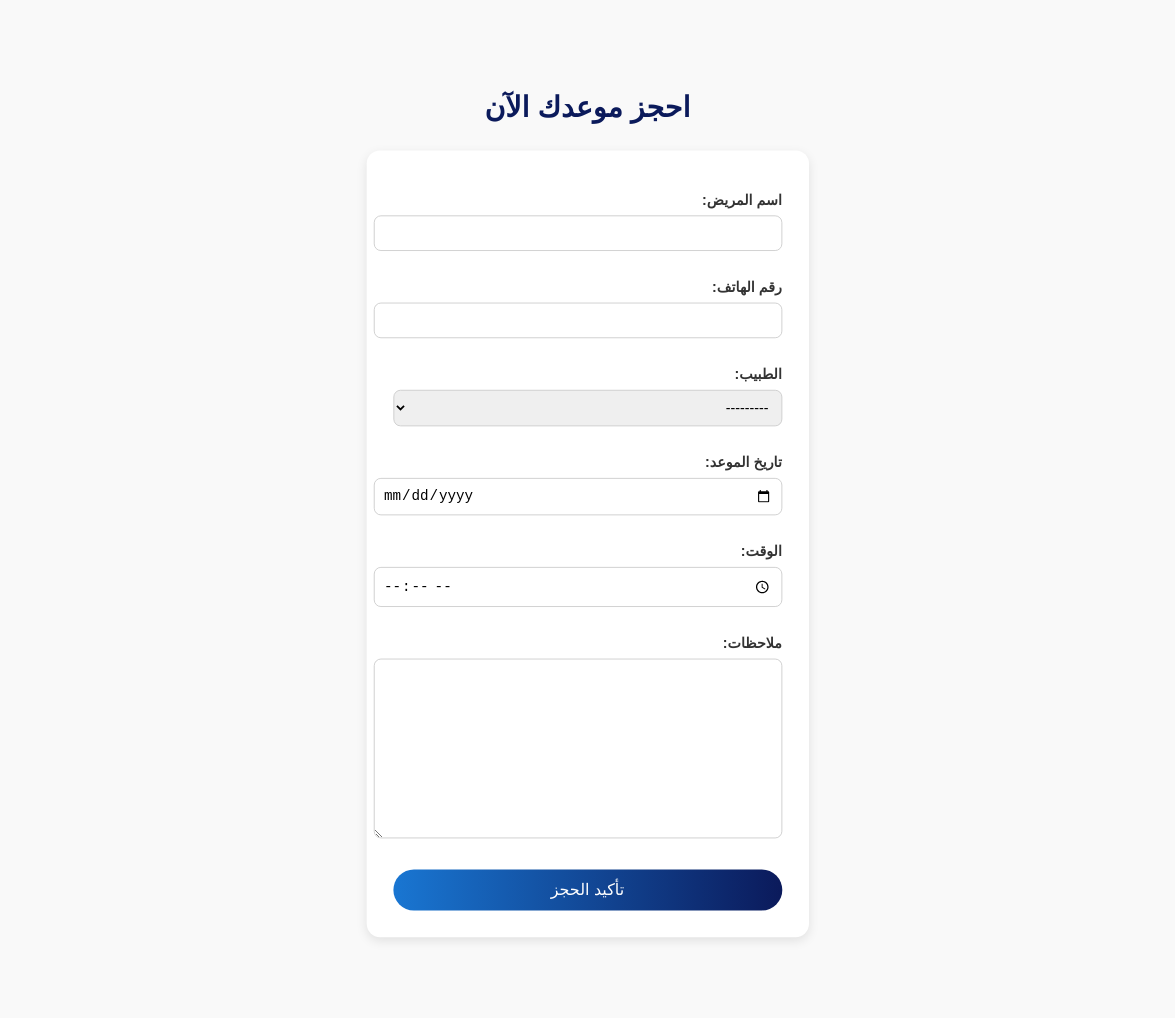
Repository: mysite4/s
Page: http://localhost/booking/?doctor=Reem
These files come from the project's save history. The page is drawn as it stood at one moment and after the next save; the edit follows.
The browser window is 1280 px wide. The page is 1320 px wide, then 1280 px, then 1320 px, so the pictures cover 1320 px, including what lies to the right of the window. The pictures show the whole page, at 89% of full size.
Some web fonts or font styles are not loaded; a fallback is used. The page is served by the project's application, run on Django 5.2 (manage.py). Other server files are loaded and not shown. The page reads the database file committed with the project.

Above is the page before, as saved 2025-10-26 15:18:07.

### main/templates/booking.html
{% load static %}
<!DOCTYPE html>
<html lang="ar" dir="rtl">
<head>
  <meta charset="UTF-8">
  <meta name="viewport" content="width=device-width, initial-scale=1.0">
  <title>احجز موعدك</title>
  <link href="https://fonts.googleapis.com/css2?family=Cairo:wght@200..1000&display=swap" rel="stylesheet">
  <link rel="stylesheet" href="{% static 'css/style.css' %}">
  <style>
    body {
      font-family: 'Cairo', sans-serif;
      background-color: #f9f9f9;
      text-align: center;
      padding: 80px 20px;
    }
    h1 {
      color: #0b1a5b;
      margin-bottom: 30px;
    }
    form {
      max-width: 500px;
      margin: 0 auto;
      background: #fff;
      padding: 30px;
      border-radius: 15px;
      box-shadow: 0 4px 12px rgba(0,0,0,0.1);
      text-align: right;
    }
    label {
      display: block;
      margin-bottom: 8px;
      font-weight: bold;
      color: #333;
    }
    input, select, textarea {
      width: 100%;
      padding: 10px;
      margin-bottom: 15px;
      border: 1px solid #ccc;
      border-radius: 8px;
      font-size: 16px;
    }
    button {
      background: linear-gradient(to right, #1976d2, #0b1a5b);
      color: white;
      padding: 12px 25px;
      border: none;
      border-radius: 30px;
      cursor: pointer;
      transition: 0.3s;
      font-size: 18px;
      width: 100%;
    }
    button:hover {
      background: linear-gradient(to right, #0b1a5b, #1976d2);
    }
  </style>
</head>
<body>

  <h1>احجز موعدك الآن</h1>
  <form method="POST">
    {% csrf_token %}
    {{ form.as_p }}
    <button type="submit">تأكيد الحجز</button>
  </form>

</body>
</html>

### main/forms.py
from django import forms
from .models import Appointment

class AppointmentForm(forms.ModelForm):
    class Meta:
        model = Appointment
        fields = ['name', 'phone', 'doctor', 'date', 'time', 'message']
        widgets = {
            'date': forms.DateInput(attrs={'type': 'date'}),
            'time': forms.TimeInput(attrs={'type': 'time'}),
        }

### main/models.py
from django.db import models

class Doctor(models.Model):
    name = models.CharField(max_length=100)
    specialty = models.CharField(max_length=100)

    def __str__(self):
        return f"{self.name} - {self.specialty}"


class Appointment(models.Model):
    name = models.CharField(max_length=100, verbose_name="اسم المريض")
    phone = models.CharField(max_length=20, verbose_name="رقم الهاتف")
    doctor = models.ForeignKey(Doctor, on_delete=models.CASCADE, verbose_name="الطبيب")
    date = models.DateField(verbose_name="تاريخ الموعد")
    time = models.TimeField(verbose_name="الوقت")
    message = models.TextField(blank=True, null=True, verbose_name="ملاحظات")

    def __str__(self):
        return f"موعد {self.name} مع {self.doctor.name} بتاريخ {self.date}"

### main/views.py
from django.shortcuts import render

def home(request):
    return render(request, 'home.html')
from django.shortcuts import render

def booking_page(request):
    return render(request, 'booking.html')
from django.shortcuts import render, redirect
from .forms import AppointmentForm

def booking_page(request):
    if request.method == 'POST':
        form = AppointmentForm(request.POST)
        if form.is_valid():
            form.save()
            return render(request, 'booking_success.html')
    else:
        form = AppointmentForm()
    return render(request, 'booking.html', {'form': form})

### mysite/urls.py
"""
URL configuration for mysite project.

The `urlpatterns` list routes URLs to views. For more information please see:
    https://docs.djangoproject.com/en/5.2/topics/http/urls/
Examples:
Function views
    1. Add an import:  from my_app import views
    2. Add a URL to urlpatterns:  path('', views.home, name='home')
Class-based views
    1. Add an import:  from other_app.views import Home
    2. Add a URL to urlpatterns:  path('', Home.as_view(), name='home')
Including another URLconf
    1. Import the include() function: from django.urls import include, path
    2. Add a URL to urlpatterns:  path('blog/', include('blog.urls'))
"""
from django.contrib import admin
from django.urls import path, include

urlpatterns = [
    path('admin/', admin.site.urls),
    path('', include('main.urls')),
]

### main/urls.py
from django.urls import path
from . import views

urlpatterns = [
    path('', views.home, name='home'),
    path('booking/', views.booking_page, name='booking_page'),
]

### main/static/css/style.css
/* إعدادات عامة */
html, body {
  margin: 0;
  padding: 0;
  width: 100%;
  min-height: 100%; /* مهم ليكون الفوتر دائمًا في الأسفل */
  font-family: 'Cairo', sans-serif;
  background-color: #f9f9f9;
  display: flex;
  flex-direction: column; /* يتيح توزيع المحتوى بين الهيدر والفوتر */
}

/* Navbar */
nav {
  width: 100%;
  background-color: #ffffff;
  box-shadow: 0 4px 8px rgba(0, 123, 255, 0.2);
  position: fixed;
  top: 0;
  z-index: 1000;
}

nav ul {
  display: flex;
  justify-content: center;
  list-style: none;
  margin: 0;
  padding: 0 30px;
}

nav ul li {
  margin: 0 15px;
}

nav ul li a {
  text-decoration: none;
  color: #007bff;
  font-weight: 600;
  padding: 15px 0;
  display: inline-block;
  transition: color 0.3s, border-bottom 0.3s;
}

nav ul li a:hover {
  color: #0056b3;
  border-bottom: 3px solid #007bff;
}

/* صورة شفافة أسفل النافبار */
.header-image {
  width: 100%;
  margin-top: 60px; /* لتجنب تغطية النافبار */
}

.header-image img {
  width: 100%;
  height: auto;
  display: block;
}

/* Header */
header {
  position: relative;
  width: 100%;
  min-height: 200px;
  overflow: hidden;
  background: linear-gradient(to left, #0b1a5b, #1976d2);
  display: flex;
  flex-direction: column;
  justify-content: center;
  align-items: center;
  padding: 20px 0 0 0;
}

.header-content {
  display: flex;
  flex-direction: row;
  justify-content: space-between;
  align-items: center;
  width: 100%;
  max-width: 1200px;
  padding: 20px 50px;
  margin-top: 5px;
}

.header-text {
  color: white;
  max-width: 50%;
  text-align: center;
  line-height: 1.4;
  padding: 40px;
}

.header-text h1 {
  font-size: 48px;
  margin: 0;
}

.header-text h3 {
  font-size: 24px;
  margin-top: 10px;
  color: rgba(255,255,255,0.8);
}

.header-icon img {
  width: 500px;
  height: auto;
  border-radius: 15px;
}

.about-section {
  max-width: 1200px;
  margin: 20px auto;
  text-align: center; /* العنوان في الوسط */
}

.about-section p {
  color: #447296;
}

.about-section h2 {
  font-size: 28px;
  margin-bottom: 30px;
  color: #0b1a5b;
}

.about-content {
  display: flex;
  justify-content: flex-start; /* النص على اليسار والصورة على اليمين */
  align-items: center;
  gap: 20px; /* مسافة مناسبة بين النص والصورة */
  flex-wrap: wrap;
}

.about-text {
  flex: 1 1 55%;
  text-align: right;
  font-size: 16px;
  line-height: 1.6;
}

.about-image {
  flex: 1 1 40%;
  text-align: center;
}

.about-image img {
  width: 100%;
  max-width: 250px;
  height: auto;
  border-radius: 10px;
  border: 5px solid #083d75;
}

/* Media Queries للشاشات الصغيرة */
@media (max-width: 768px) {
  .about-content {
    flex-direction: column;
    gap: 15px;
  }

  .about-text, .about-image {
    flex: 1 1 100%;
    text-align: center;
  }

  .about-image img {
    max-width: 200px;
  }
}

/* قسم خدماتنا */
.services-section {
  max-width: 1200px;
  margin: 100px auto 50px auto;
  text-align: center;
}

.services-section h2 {
  font-size: 32px;
  margin-bottom: 30px;
  color: #0e173f;
}

.services-container {
  display: flex;
  flex-wrap: wrap;
  justify-content: space-between;
  gap: 20px;
}

.service-item {
  flex: 1 1 22%;
  text-align: center;
  margin-bottom: 30px;
}

.service-item img {
  width: 60px;
  height: 60px;
  margin-bottom: 10px;
}

.service-item p {
  font-size: 15px;
  color: #447296;
}

.service-item h3 {
  color: #0e173f;
}

main {
  flex: 1; /* ياخذ المساحة المتبقية بين الهيدر والفوتر */
  padding: 30px 50px;
  margin-top: 20px;
}

/* Media Queries */
@media (max-width: 992px) {
  .header-content {
    flex-direction: column;
    text-align: center;
    padding: 0 20px;
  }

  .header-text {
    max-width: 100%;
    margin-bottom: 20px;
    text-align: center;
  }

  .header-icon img {
    width: 80%;
  }

  nav ul {
    justify-content: center;
  }

  .service-item {
    flex: 1 1 45%;
  }
}

@media (max-width: 600px) {
  .service-item {
    flex: 1 1 100%;
  }

  .about-section {
    flex-direction: column;
    align-items: center;
  }

  .about-text {
    text-align: center;
    padding-left: 0;
  }

  .about-image img {
    max-width: 200px;
  }
}

/* قسم الأطباء */
.doctors-section {
  padding: 60px 0;
  background: #fff;
}

.doctors-section h2 {
  color: #0b1a5b;
  margin-bottom: 10px;
  font-size: 28px;
  text-align: center;
}

.doctors-section .description {
  color: #555;
  max-width: 700px;
  margin: 0 auto 40px;
  line-height: 1.8;
  text-align: center;
}

/* شكل الطبيب */
.doctor-card {
  background: none;
  box-shadow: none;
  text-align: center;
  transition: transform 0.3s ease;
}

.doctor-card:hover {
  transform: translateY(-10px);
}

.doctor-img img {
  width: 160px;
  height: 160px;
  object-fit: cover;
  border-radius: 50%;
  margin-bottom: 10px;
  border: 3px solid #1976d2;
}

.doctor-name {
  font-weight: 600;
  color: #0b1a5b;
  font-size: 18px;
}

.doctor-info h3 {
  font-weight: 600;
  color: #0b1a5b;
  font-size: 18px;
  margin-bottom: 5px;
}

.doctor-info p {
  font-size: 14px;
  color: #447296;
  margin-bottom: 15px;
  line-height: 1.4;
}

/* زر الحجز */
.book-doctor-btn {
  display: inline-block;
  background: linear-gradient(to right, #1976d2, #0b1a5b);
  color: #fff;
  padding: 10px 25px;
  border-radius: 30px;
  text-decoration: none;
  font-size: 14px;
  font-weight: bold;
  transition: 0.3s ease;
}

.book-doctor-btn:hover {
  background: linear-gradient(to right, #0b1a5b, #1976d2);
  transform: scale(1.05);
}

/* الأسهم */
.swiper-button-next, .swiper-button-prev {
  color: #1976d2;
  background: #fff;
  border-radius: 50%;
  box-shadow: 0 3px 10px rgba(0,0,0,0.2);
  width: 40px;
  height: 40px;
}

.swiper-button-next:hover, .swiper-button-prev:hover {
  background: #1976d2;
  color: #fff;
}

.swiper-button-next::after, .swiper-button-prev::after {
  font-size: 18px;
}

.team-gallery {
  padding: 50px 20px;
  background-color: #f8f9ff;
  text-align: center;
}

.team-gallery h2 {
  font-size: 2rem;
  margin-bottom: 30px;
  color: #0b1a5b;
}

.team-gallery p {
  font-size: 15px;
  margin-bottom: 30px;
  color: #447296;
}

.gallery-item {
  position: relative;
  overflow: hidden;
  border-radius: 12px;
  cursor: pointer;
  transition: transform 0.3s ease;
}

.gallery-item img {
  width: 100%;
  height: auto;
  display: block;
  transition: transform 0.5s ease;
}

.gallery-item:hover img {
  transform: scale(1.05);
}

/* الظل يغطي كامل الصورة ويختفي بشكل افتراضي */
.overlay {
  position: absolute;
  top: 0;
  left: 0;
  width: 100%;
  height: 100%;
  background-color: rgba(173, 216, 230, 0.6); /* أزرق فاتح */
  opacity: 0;
  transition: opacity 0.3s ease;
  display: flex;
  align-items: center;
  justify-content: center;
  border-radius: 12px;
}

.overlay-text {
  color: #fff;
  font-size: 1rem;
  text-align: center;
  padding: 10px;
}

.gallery-item:hover .overlay {
  opacity: 1;
}
/* ====== Footer ====== */
footer {
  width: 100%;
  background: linear-gradient(to right, #0b1a5b, #1976d2);
  color: #fff;
  padding: 50px 0 30px 0; /* أزلت الهوامش الجانبية والأسفل */
  text-align: center;
  font-family: 'Cairo', sans-serif;
  margin: 0;
}

.footer-container {
  width: 100%;
  display: flex;
  flex-wrap: wrap;
  justify-content: space-evenly;
  align-items: flex-start;
  gap: 30px;
  margin: 0;
  padding: 0; /* أزلت الحشوات الجانبية */
}

.footer-col {
  flex: 1 1 250px;
  text-align: left;
  max-width: 300px;
}

.footer-col h3 {
  color: #fff;
  margin-bottom: 20px;
  font-size: 20px;
  border-bottom: 2px solid #fff;
  display: inline-block;
  padding-bottom: 5px;
}

.footer-col ul {
  list-style: none;
  padding: 0;
  margin: 0;
}

.footer-col ul li {
  margin: 10px 0;
}

.footer-col ul li a {
  color: rgba(255,255,255,0.9);
  text-decoration: none;
  transition: color 0.3s;
}

.footer-col ul li a:hover {
  color: #cce4ff;
}

.social-icons {
  display: flex;
  justify-content: center;
  gap: 15px;
  margin-top: 25px;
}

.social-icons a {
  color: #fff;
  font-size: 20px;
  border: 2px solid #fff;
  border-radius: 50%;
  padding: 8px;
  transition: 0.3s;
}

.social-icons a:hover {
  background-color: #fff;
  color: #0b1a5b;
  transform: scale(1.1);
}

.bottom-text {
  margin-top: 30px;
  font-size: 14px;
  color: rgba(255,255,255,0.7);
  width: 100%;
  background: rgba(0,0,0,0.1);
  padding: 10px 0;
}

/* استجابة للشاشات الصغيرة */
@media (max-width: 768px) {
  .footer-container {
    flex-direction: column;
    text-align: center;
  }

  .footer-col {
    text-align: center;
  }
}

### db.sqlite3 (the tables this page reads, as SQL)
CREATE TABLE "main_doctor" ("id" integer NOT NULL PRIMARY KEY AUTOINCREMENT, "name" varchar(100) NOT NULL, "specialty" varchar(100) NOT NULL);
INSERT INTO "main_doctor" VALUES
(1, 'dr.ali ahmed', 'Dentistry'),
(2, 'dr.omer khalid', 'Dentistry'),
(3, 'dr.sara ali', 'Dentistry'),
(4, 'dr. nour alhadad', 'Dentistry');

After the next save:
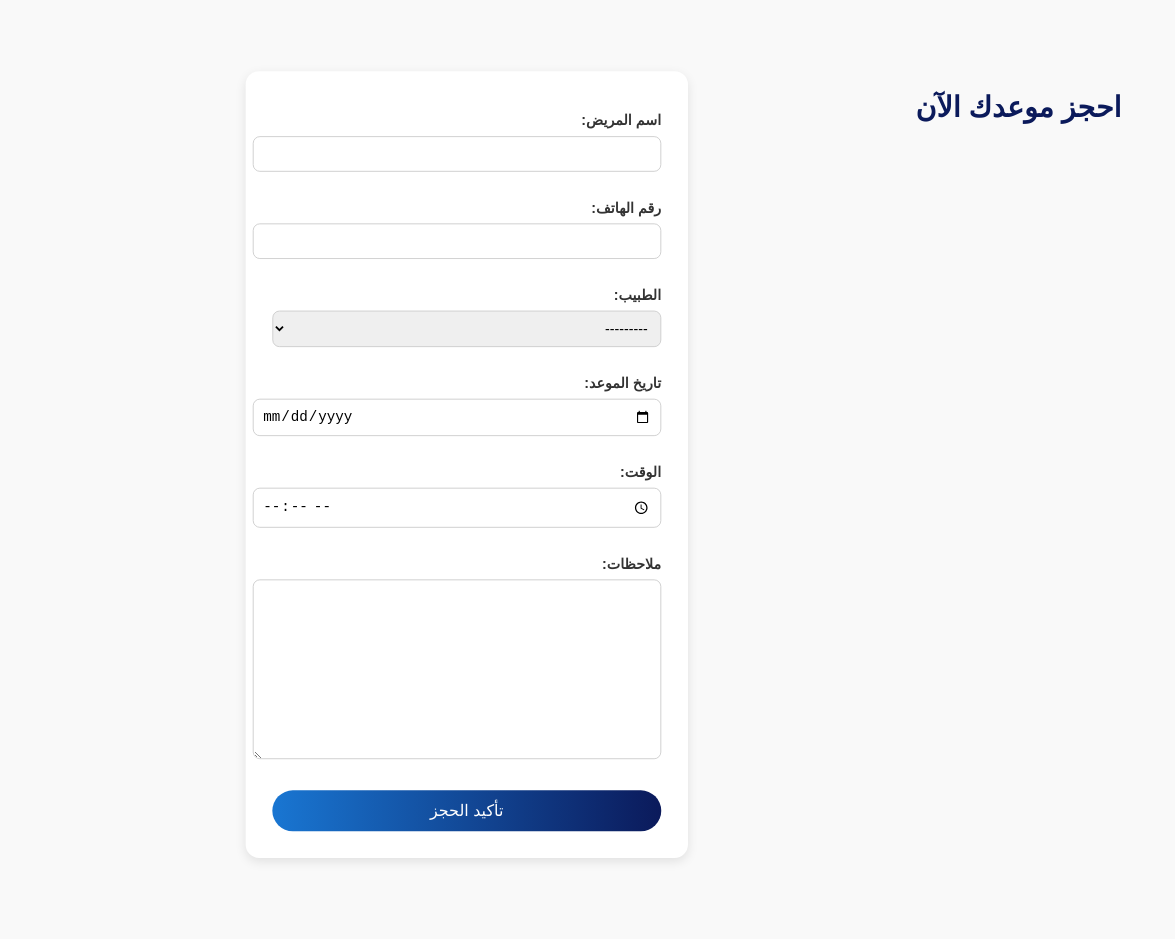
Saved 13 min 27 s later.
--- a/main/static/css/style.css
+++ b/main/static/css/style.css
@@ -3,11 +3,9 @@
   margin: 0;
   padding: 0;
   width: 100%;
-  min-height: 100%; /* مهم ليكون الفوتر دائمًا في الأسفل */
   font-family: 'Cairo', sans-serif;
   background-color: #f9f9f9;
   display: flex;
-  flex-direction: column; /* يتيح توزيع المحتوى بين الهيدر والفوتر */
 }
 
 /* Navbar */
@@ -171,7 +169,6 @@
 
 /* قسم خدماتنا */
 .services-section {
-  max-width: 1200px;
   margin: 100px auto 50px auto;
   text-align: center;
 }
@@ -208,12 +205,6 @@
 
 .service-item h3 {
   color: #0e173f;
-}
-
-main {
-  flex: 1; /* ياخذ المساحة المتبقية بين الهيدر والفوتر */
-  padding: 30px 50px;
-  margin-top: 20px;
 }
 
 /* Media Queries */
@@ -433,7 +424,7 @@
   padding: 50px 0 30px 0; /* أزلت الهوامش الجانبية والأسفل */
   text-align: center;
   font-family: 'Cairo', sans-serif;
-  margin: 0;
+  margin: 0 !important;
 }
 
 .footer-container {
@@ -443,7 +434,7 @@
   justify-content: space-evenly;
   align-items: flex-start;
   gap: 30px;
-  margin: 0;
+  margin: 0 !important;
   padding: 0; /* أزلت الحشوات الجانبية */
 }
 

After the save that followed:
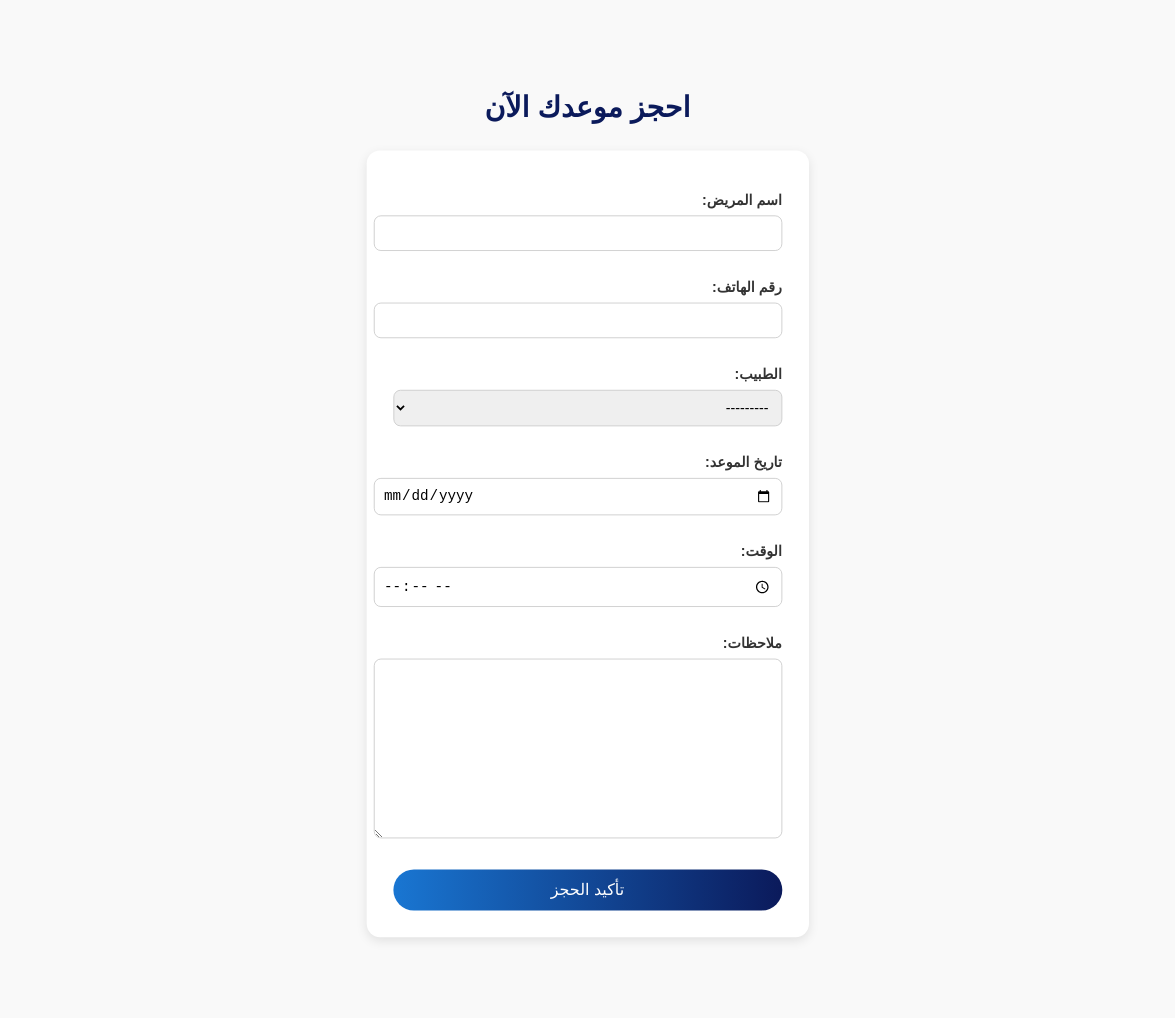
Saved 9 min 19 s later.
--- a/main/static/css/style.css
+++ b/main/static/css/style.css
@@ -3,9 +3,11 @@
   margin: 0;
   padding: 0;
   width: 100%;
+  min-height: 100%; /* مهم ليكون الفوتر دائمًا في الأسفل */
   font-family: 'Cairo', sans-serif;
   background-color: #f9f9f9;
   display: flex;
+  flex-direction: column; /* يتيح توزيع المحتوى بين الهيدر والفوتر */
 }
 
 /* Navbar */
@@ -169,6 +171,7 @@
 
 /* قسم خدماتنا */
 .services-section {
+  max-width: 1200px;
   margin: 100px auto 50px auto;
   text-align: center;
 }
@@ -205,6 +208,12 @@
 
 .service-item h3 {
   color: #0e173f;
+}
+
+main {
+  flex: 1; /* ياخذ المساحة المتبقية بين الهيدر والفوتر */
+  padding: 30px 50px;
+  margin-top: 20px;
 }
 
 /* Media Queries */
@@ -416,15 +425,16 @@
 .gallery-item:hover .overlay {
   opacity: 1;
 }
+
 /* ====== Footer ====== */
 footer {
-  width: 100%;
+  width: 100% !important;
   background: linear-gradient(to right, #0b1a5b, #1976d2);
   color: #fff;
-  padding: 50px 0 30px 0; /* أزلت الهوامش الجانبية والأسفل */
+  padding: 50px 20px 30px;
   text-align: center;
   font-family: 'Cairo', sans-serif;
-  margin: 0 !important;
+  margin: 0 0 0 0 !important;
 }
 
 .footer-container {
@@ -434,8 +444,8 @@
   justify-content: space-evenly;
   align-items: flex-start;
   gap: 30px;
-  margin: 0 !important;
-  padding: 0; /* أزلت الحشوات الجانبية */
+  margin: 0;
+  padding: 0 20px;
 }
 
 .footer-col {
